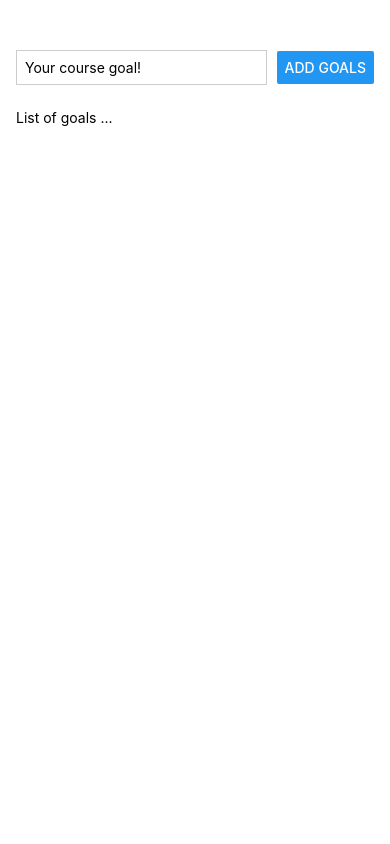
Repository: vanh1604/Todo-List
Screen: /
These files come from the project's save history. The screen is drawn as it stood at one moment and after the next save; the edit follows.
The app was drawn by React Native's web renderer in a window 390 px wide. The project was rebuilt for these pictures with package versions that can differ from the ones it lists, and the page was loaded fresh each time.

Above is the screen before, as saved 2023-06-16 15:34:36.

### App.js
import { StyleSheet, Text, TextInput, View, Button } from "react-native";

export default function App() {
  return (
    <View style={styles.appContainer}>
      <View style={styles.inputContainer}>
        <TextInput
          style={styles.textInput}
          placeholder="Your course goal!"
        ></TextInput>
        <Button title="Add goals" />
      </View>
      <View>
        <Text>List of goals ...</Text>
      </View>
    </View>
  );
}

const styles = StyleSheet.create({
  appContainer: {
    paddingTop: 50,
    paddingHorizontal: 16,
  },
  inputContainer: {
    flexDirection: "row",
    justifyContent: "space-between",
    alignItems: "center",
    paddingBottom: 24,
  },
  textInput: {
    borderWidth: 1,
    borderColor: "#cccccc",
    width: "70%",
    marginRight: 8,
    padding: 8,
  },
});

After the next save:
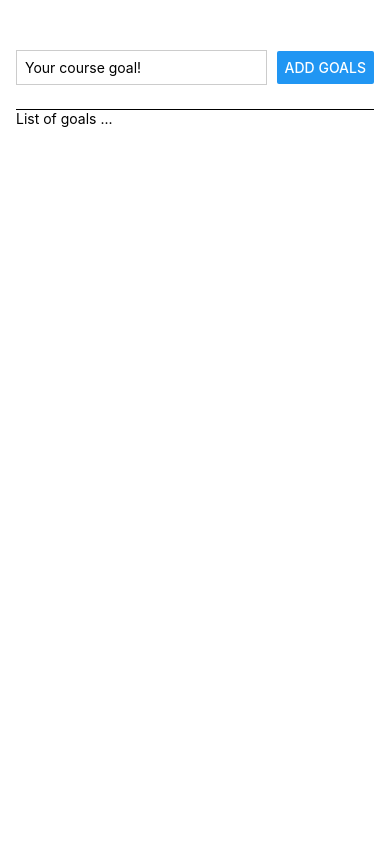
Saved 17 s later.
--- a/App.js
+++ b/App.js
@@ -27,6 +27,7 @@ const styles = StyleSheet.create({
     justifyContent: "space-between",
     alignItems: "center",
     paddingBottom: 24,
+    borderBottomWidth: 1,
   },
   textInput: {
     borderWidth: 1,
